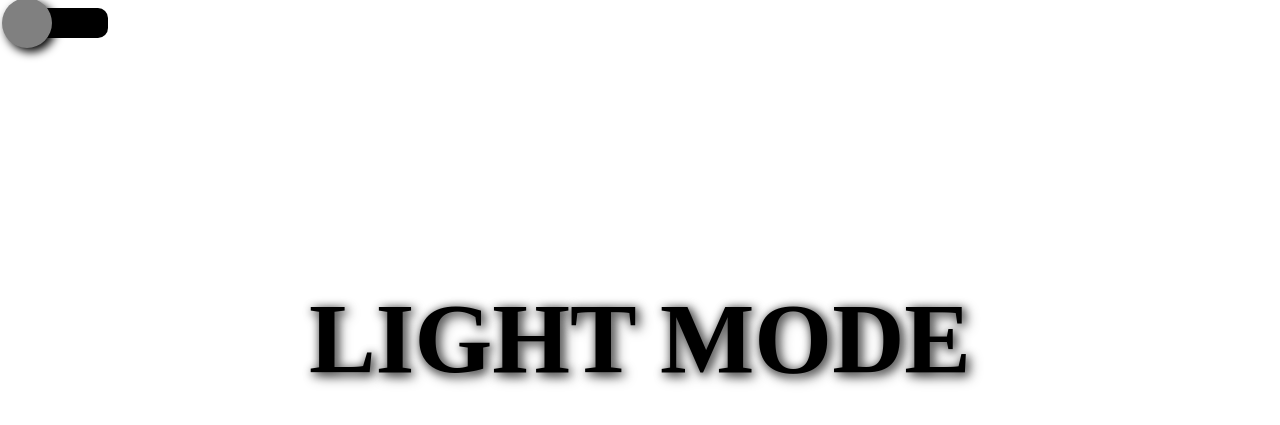
Repository: Eugene44-hub/darkmode-lightmode
Page: index.html
The author's editor kept a copy of each file at every save. The page is drawn from the files as they stood at one save, then again after the next save.
The browser window is 1280 px wide. The pictures show the whole page.

Above is the page before, as saved 2021-09-13 02:02:01.

After the next save:
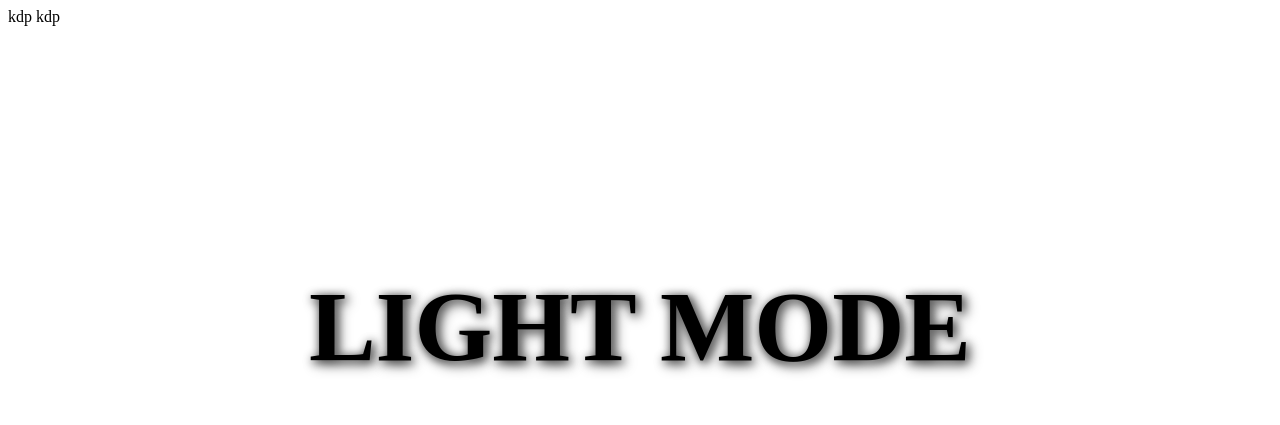
Console error: TypeError: Cannot read properties of null (reading 'addEventListener')
Saved 11 h 7 min later.
--- a/index.html
+++ b/index.html
@@ -11,10 +11,9 @@
 
 <body>
 
-    <div class="box">
-        <div class="circle"></div>
-    </div>
-
+    <div class=kdp "box">
+        <div clkdpass="circle"></div>
+    </div>kdp kdp
     <div class="container">
         <p> Light mode</p>
     </div>
